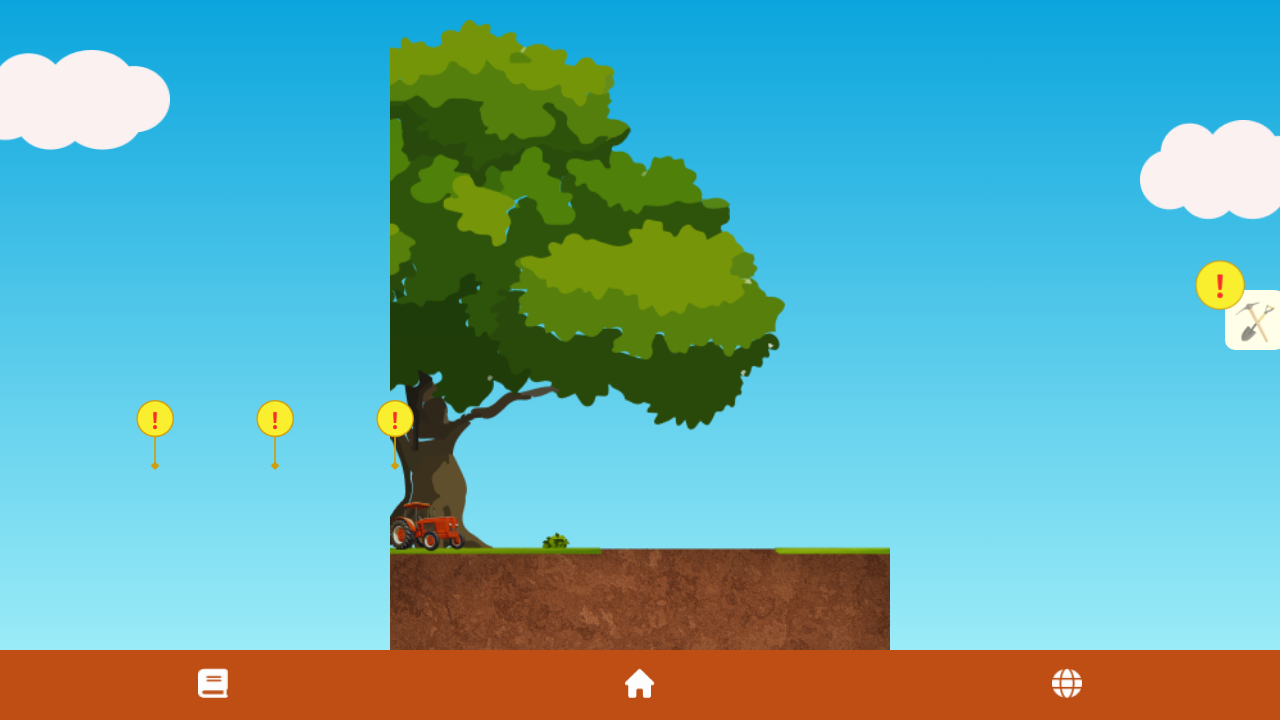
Repository: kobuchisouta/kome-app
Page: /
These files come from the project's save history. The page is drawn as it stood at one moment and after the next save; the edit follows.
The browser window is 1280 px wide. The pictures show the whole page.
The project was rebuilt for these pictures with package versions that can differ from the ones it lists, and the page was loaded fresh each time. The framework's server and built-in components were replaced by stand-ins that run in the browser. Also part of the build but not shown: next.config.ts.

Above is the page before, as saved 2025-01-29 11:06:11.

### src/app/layout.tsx
import type { Metadata } from "next";
import localFont from "next/font/local";
import "./globals.css";
import Footer from "./components/footer/Footer";

const geistSans = localFont({
  src: "./fonts/GeistVF.woff",
  variable: "--font-geist-sans",
  weight: "100 900",
});
const geistMono = localFont({
  src: "./fonts/GeistMonoVF.woff",
  variable: "--font-geist-mono",
  weight: "100 900",
});

export const metadata: Metadata = {
  title: "Create Next App",
  description: "Generated by create next app",
};

export default function RootLayout({
  children,
}: Readonly<{
  children: React.ReactNode;
}>) {
  return (
    <html lang="ja">
      <body>
        <header>
        </header>
        <main>

          {children}
        </main>
        <Footer />
      </body>
    </html>

  );
}

### src/app/page.tsx
"use client";
import Head from 'next/head';
import Image from 'next/image';
import { useState } from 'react';
import styles from './page.module.css'; // モジュールCSS
import Link from 'next/link';

export default function Home() {
  const [isModalOpen, setIsModalOpen] = useState(false);

  const openModal = () => setIsModalOpen(true);
  const closeModal = () => setIsModalOpen(false);

  return (
    <>
      <Head>
        <title>米⭐︎すたー</title>
        <meta name="viewport" content="width=device-width,initial-scale=1.0,minimum-scale=1.0" />
        <meta name="description" content="ここに説明文を設定" />
      </Head>

      <main className={styles.main}>
        <div className={styles.contents}>
          <div className={styles.clouds}>
            <p className={styles.cloud1}>
              <Image src="/cloud1.png" alt="雲" width={200} height={100} />
            </p>
            <p className={styles.cloud2}>
              <Image src="/cloud2.png" alt="雲" width={170} height={100} />
            </p>
          </div>

          <div className={styles.tools}>
            <div className={styles.toolBar}>
              <p>
                <Image src="/tools.png" alt="道具" width={50} height={50} />
              </p>
            </div>
            <div className={styles.lookUp}>
              <p>
                <Image src="/pickup.png" alt="見て" width={50} height={50} />
              </p>
            </div>
          </div>

          <div className={styles.stages}>
            <div className={styles.stagePick}>
              <a className={`${styles.stage} ${styles.modalOpen}`} onClick={openModal}>
                <Image src="/pick.png" alt="クリック" width={70} height={70} />
              </a>
              <a className={`${styles.stage} ${styles.modalOpen}`} onClick={openModal}>
                <Image src="/pick.png" alt="クリック" width={70} height={70} />
              </a>
              <a className={`${styles.stage} ${styles.modalOpen}`} onClick={openModal}>
                <Image src="/pick.png" alt="クリック" width={70} height={70} />
              </a>
            </div>

            {isModalOpen && (
              <div className={styles.modal}>
                <div className={styles.modalInner}>
                  <div className={styles.modalContent}>
                    <div className={styles.modalHeader}>
                      <h1>土地選びと購入準備</h1>
                    </div>
                    <div className={styles.modalBody}>
                      <Link href={"/home"}>エリア調査</Link>
                      <Link href={"/home"}>土地の購入</Link>
                      <a href="#">土地の整地</a>
                      <a href="#">水利権の確認</a>
                      <a href="#">情報収集</a>
                    </div>
                    <div className={styles.modalFooter}>
                      <span className={styles.modalClose} onClick={closeModal}>
                        閉じる
                      </span>
                    </div>
                  </div>
                </div>
              </div>
            )}

            <div className={styles.stageImg}>
              <a className={styles.stage1}>
                <Image src="/ine.png" alt="稲" width={50} height={50} />
              </a>
              <a className={styles.stage2}>
                <Image src="/makimaki.png" alt="田植え" width={70} height={70} />
              </a>
              <a className={styles.stage3}>
                <Image src="/sawasawa.png" alt="手入れ" width={70} height={70} />
              </a>
            </div>
          </div>
        </div>
      </main>
    </>
  );
}

### src/app/globals.css
* {
	margin: 0;
	padding: 0;
	box-sizing: border-box;
}
body {
	color: var(--foreground);
	background: var(--background);
	font-family: Arial, Helvetica, sans-serif;
	-webkit-font-smoothing: antialiased;
	-moz-osx-font-smoothing: grayscale;
	display: flex;
	flex-direction: column;
	width: 100%;
	height: 100%;
	margin: 0 auto;
}

* {
	box-sizing: border-box;
	text-decoration: none;
	list-style: none;
}

html {
	width: 100%;
	height: 100vh;
}

### src/app/components/footer/Footer.tsx

import Image from 'next/image';
import styles from './style.module.css';

export default function Footer() {
    return (
        <footer className={styles.footer}>
            <a href='/book' className={styles.book}>
                <Image src="/book.png" alt="book" width={30} height={30} />
            </a>
            <a href='/' className={styles.home}>
                <Image src="/house.png" alt="house" width={30} height={30} />
            </a>
            <a href='/news' className={styles.globe}>
                <Image src="/globe.png" alt="globe" width={30} height={30} />
            </a>
        </footer>
    );
}

### src/app/page.module.css
.main {
	background: url("/tree.png"), linear-gradient(#0ba5dd 0%, #aaf3fa 100%);
	background-repeat: no-repeat, no-repeat;
	background-position: bottom, center; /* 画像を中央に配置 */
	background-size: 500px 700px, auto; /* グラデーションは自動サイズ、画像はカバー */
	width: 100%;
	height: 100vh;
	position: fixed;
}

.contents {
	z-index: 100;
}

.clouds {
	.cloud1 {
		position: absolute;
		top: 50px;
		left: -30px;
		z-index: -1;
	}

	.cloud2 {
		position: absolute;
		top: 120px;
		right: -30px;
	}
}
.tools {
	background: #fffee9;
	border-radius: 10px;
	width: 60px;
	height: 60px;
	position: absolute;
	right: -5px;
	top: 290px;

	.toolBar img {
		position: absolute;
		top: 8px;
		left: 4px;
	}

	.lookUp img {
		position: absolute;
		left: -30px;
		top: -30px;
	}
}

.stages {
	.stageImg {
		position: relative;
		display: flex;
		gap: 50px;
		top: 692px;
		left: 130px;
	}

	.stagePick {
		position: absolute;
		bottom: 220px;
		left: 120px;
		display: flex;
		gap: 20px;
		align-items: flex-end;
		background-color: transparent; /* 必要に応じて透明に設定 */
	}
	.stagePick:hover {
		animation: poyopoyo 2s ease-out infinite;
		opacity: 1;
	}
	@keyframes poyopoyo {
		0%,
		40%,
		60%,
		80% {
			transform: scale(1.0);
		}
		50%,
		70% {
			transform: scale(0.95);
		}
	}

	.stagePick {
		background-color: none;
	}

	.stage {
		position: relative;
		width: 100px;
		height: 100px;
	}
	.stage img {
		object-fit: contain;
	}
}

.modal {
	position: fixed;
	top: 0;
	left: 0;
	width: 100%;
	height: 100%;
	background-color: rgba(0, 0, 0, 0.5);
	display: flex;
	justify-content: center;
	align-items: center;
	z-index: 1000;
}

.modalInner {
	background-color: #f2ac3b;
	padding: 20px;
	border-radius: 10px;
	width: 80%;
	max-width: 500px;
}

.modalHeader,
.modalBody,
.modalFooter {
	margin-bottom: 10px;
	display: flex;
	justify-content: center;
	align-items: center;
	flex-direction: column;
	gap: 10px;
}

.modalHeader h1 {
	color: #fff;
	font-size: 1.5rem;
}

.modalBody a {
	color: #fff;
	border: #fff solid 1px;
	width: 100%;
	height: 50px;
	font-weight: bold;
	text-align: center;
	line-height: 50px;
	border-radius: 8px;
}

.modalClose {
	width: 150px;
	height: 50px;
	border-radius: 8px;
	text-align: center;
	line-height: 50px;
	background: #fff;
}
@keyframes modalopen {
	from {
		opacity: 0;
	}
	to {
		opacity: 1;
	}
}

.modal-header h1 {
	margin: 1rem 0;
}

.modal-close {
	font-size: 1.8rem;
}

.modal-close:hover {
	cursor: pointer;
}

### src/app/components/footer/style.module.css
.footer {
	width: 100%;
	height: 70px;
	display: flex;
	justify-content: space-around;
	align-items: center;
	background: #be4e14;
	z-index: 100;
	position: fixed;
	bottom: 0;
}

After the next save:
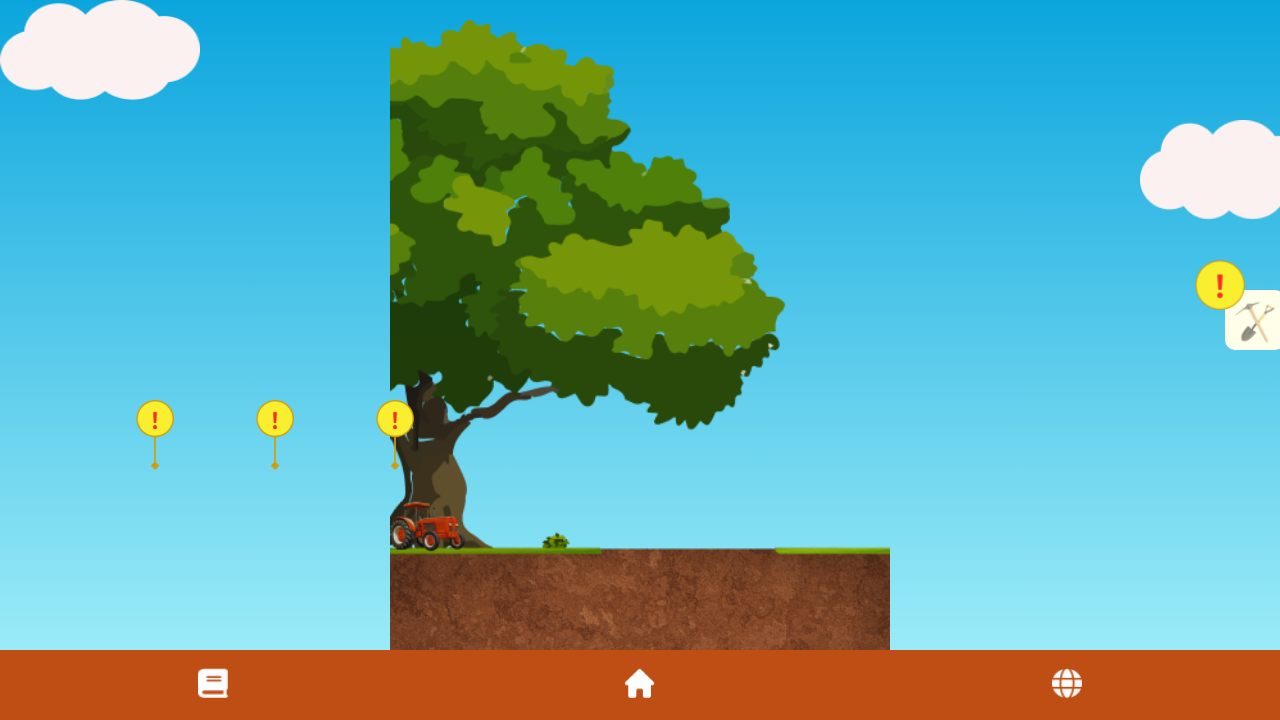
Saved 13 s later.
--- a/src/app/page.module.css
+++ b/src/app/page.module.css
@@ -15,9 +15,6 @@
 .clouds {
 	.cloud1 {
 		position: absolute;
-		top: 50px;
-		left: -30px;
-		z-index: -1;
 	}
 
 	.cloud2 {
